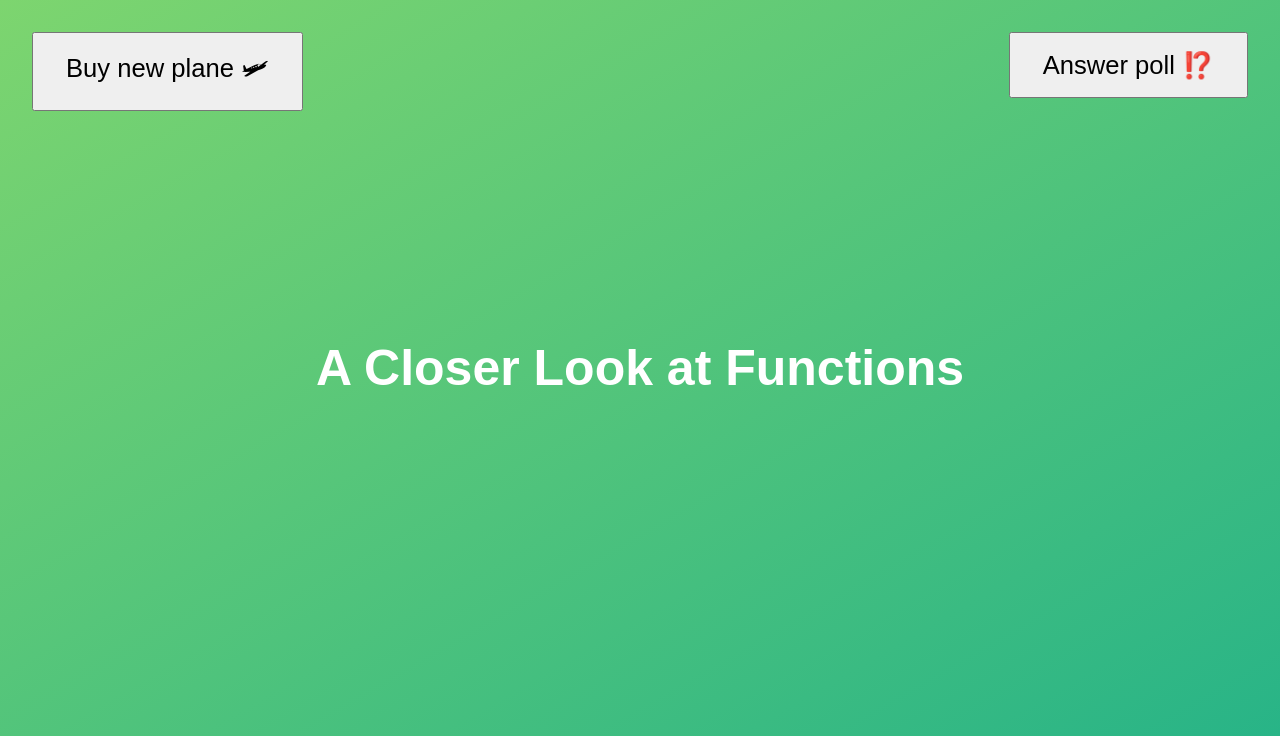
Repository: Samkiroko/function-in-javascript
Page: index.html
These files come from the project's save history. The page is drawn as it stood at one moment and after the next save; the edit follows.
The browser window is 1280 px wide. The pictures show the whole page.

Above is the page before, as saved 2021-03-10 16:32:05.

### index.html
<!DOCTYPE html>
<html lang="en">
  <head>
    <meta charset="UTF-8" />
    <meta name="viewport" content="width=device-width, initial-scale=1.0" />
    <meta http-equiv="X-UA-Compatible" content="ie=edge" />
    <title>A Closer Look at Functions</title>
    <style>
      body {
        height: 100vh;
        display: flex;
        align-items: center;
        background: linear-gradient(to top left, #28b487, #7dd56f);
      }
      h1 {
        font-family: sans-serif;
        font-size: 50px;
        line-height: 1.3;
        width: 100%;
        padding: 30px;
        text-align: center;
        color: white;
      }
      .buy,
      .poll {
        font-size: 1.6rem;
        padding: 1rem 2rem;
        position: absolute;
        top: 2rem;
      }
      .buy {
        left: 2rem;
      }
      .poll {
        right: 2rem;
      }
    </style>
  </head>
  <body>
    <h1>A Closer Look at Functions</h1>
    <button class="buy">Buy new plane 🛩</button>
    <button class="poll">Answer poll ⁉️</button>
    <script src="script.js"></script>
  </body>
</html>

### script.js
'use strict';

// const bookings = [];
// const createBooking = function (flightNum, numPassenger = 1, price = 199) {
//   // numPassenger = numPassenger || 1;
//   // price = price || 199;
//   const booking = {
//     flightNum,
//     numPassenger,
//     price,
//   };
//   console.log(booking);
//   bookings.push(booking);
// };

// createBooking('LH123');
// createBooking('LH123', 2, 800);

// const flight = 'LH234';
// const jonas = {
//   name: 'Jonas Schmedtmann',
//   passport: 24739479284,
// };

// const checkIn = function (flightNum, passenger) {
//   flightNum = 'LH999';
//   passenger.name = 'Mr. ' + passenger.name;

//   if (passenger.passport === 24739479284) {
//     alert('Checked in');
//   } else {
//     alert('Wrong passport!');
//   }
// };

// // checkIn(flight, jonas);
// // console.log(flight);
// // console.log(jonas);

// const newPassport = function (person) {
//   person.passport = Math.trunc(Math.random() * 100000000000);
// };

// newPassport(jonas);
// checkIn(flight, jonas);

/** Higher order functions                 **/

// const oneWord = function (str) {
//   return str.replace(/ /g, '').toLowerCase();
// };

// const upperFirstWord = function (str) {
//   const [first, ...others] = str.split(' ');
//   return [first.toUpperCase(), ...others].join(' ');
// };

// // Higher - order function
// const transformer = function (str, fn) {
//   console.log(`Original string: ${str}`);
//   console.log(`Original string: ${fn(str)}`);
//   console.log(`Transformed by: ${fn.name}`);
// };
// transformer('JavaScript is the best', upperFirstWord);
// transformer('JavaScript is the best', oneWord);

/**Function return function     **/

// const greet = function (greeting) {
//   return function (name) {
//     console.log(`${greeting} ${name}`);
//   };
// };

// const greetArr = greeting => {
//   return name => {
//     console.log(`${greeting} ${name}`);
//   };
// };

// const greeterHey = greet('Hey');
// greeterHey('Jonas');
// greeterHey('Samuel');
// greetArr('hi', 'sam');

// const lufthansa = {
//   airline: 'Lufthansa',
//   iataCode: 'LH',
//   bookings: [],
//   // book: function() {}
//   book(flightNum, name) {
//     console.log(
//       `${name} booked a seat on ${this.airline} flight ${this.iataCode}${flightNum}`
//     );
//     this.bookings.push({ flight: `${this.iataCode}${flightNum}`, name });
//   },
// };

// const lufthansa = {
//   airline: 'Lufthansa',
//   iataCode: 'LH',
//   bookings: [],
//   book(flightNum, name) {
//     console.log(
//       `${name} booked a seat on ${this.airline} ${this.iataCode}${flightNum}`
//     );
//     this.bookings.push({ flight: `${this.iataCode}${flightNum}`, name });
//   },
// };

// lufthansa.book(239, 'Samuel kiroko');
// console.log(lufthansa);

// const eurowings = {
//   airline: 'Eurowings',
//   iataCode: 'EW',
//   bookings: [],
// };

// const book = lufthansa.book;
// //  does not work
// // book(23, 'Sarah williams')

// book.call(eurowings, 23, 'sarah williams');
// console.log(eurowings);

// book.call(lufthansa, 465, 'Sam Njenga');

// /** The Bind Method       **/

// const bookEW = book.bind(eurowings);

// bookEW(23, 'samuel kiroko');

// const bookKEY1 = book.bind(eurowings, 234);
// bookKEY1('Njenga Myles');

// //  with Event Listeners

// lufthansa.planes = 300;
// lufthansa.buyPlane = function () {
//   console.log(this);
//   this.planes++;
//   console.log(this.planes);
// };

// document
//   .querySelector('.buy')
//   .addEventListener('click', lufthansa.buyPlane.bind(lufthansa));

// // partial application
// const addTax = (rate, value) => value + value * rate;
// console.log(addTax(0.16, 200));

// const addVAT = addTax.bind(null, 0.16);

// console.log(addVAT(200));

// // function returning function

// // const addTaxRate = function (rate) {
// //   return function (value) {
// //     return value + value * rate;
// //   };
// // };

// // arrow function

// const addTaxRate = rate => {
//   return value => value + value * rate;
// };

// const addVAT2 = addTaxRate(0.16);
// console.log(addVAT2(200));

/**
 Coding Challenge #1
Let's build a simple poll app!
A poll has a question, an array of options from which people can choose, and an
array with the number of replies for each option. This data is stored in the starter
'poll' object below.
Your tasks:
1. Create a method called 'registerNewAnswer' on the 'poll' object. The
method does 2 things:
1.1. Display a prompt window for the user to input the number of the
selected option. The prompt should look like this:
What is your favourite programming language?
0: JavaScript
1: Python
2: Rust
3: C++
(Write option number)
1.2. Based on the input number, update the 'answers' array property. For
example, if the option is 3, increase the value at position 3 of the array by
1. Make sure to check if the input is a number and if the number makes
sense (e.g. answer 52 wouldn't make sense, right?)
2. Call this method whenever the user clicks the "Answer poll" button.
3. Create a method 'displayResults' which displays the poll results. The
method takes a string as an input (called 'type'), which can be either 'string'
or 'array'. If type is 'array', simply display the results array as it is, using
console.log(). This should be the default option. If type is 'string', display a
string like "Poll results are 13, 2, 4, 1".
4. Run the 'displayResults' method at the end of each
'registerNewAnswer' method call.
5. Bonus: Use the 'displayResults' method to display the 2 arrays in the test
data. Use both the 'array' and the 'string' option. Do not put the arrays in the poll
object! So what should the this keyword look like in this situation?
 **/

// const poll = {
//   question: 'What is your favourite programming language?',
//   options: ['0: JavaScript', '1: Python', '2: Rust', '3: C++'],
//   // This generates [0, 0, 0, 0]. More in the next section 😃
//   answers: new Array(4).fill(0),
//   registerNewAnswer() {
//     // Get answer
//     const answer = Number(
//       prompt(
//         `${this.question}\n${this.options.join('\n')}\n(Write option number)`
//       )
//     );
//     console.log(answer);

//     // Register answer
//     typeof answer === 'number' &&
//       answer < this.answers.length &&
//       this.answers[answer]++;

//     this.displayResults();
//     this.displayResults('string');
//   },

//   displayResults(type = 'array') {
//     if (type === 'array') {
//       console.log(this.answers);
//     } else if (type === 'string') {
//       // Poll results are 13, 2, 4, 1
//       console.log(`Poll results are ${this.answers.join(', ')}`);
//     }
//   },
// };

// document
//   .querySelector('.poll')
//   .addEventListener('click', poll.registerNewAnswer.bind(poll));

// poll.displayResults.call({ answers: [5, 2, 3] }, 'string');
// poll.displayResults.call({ answers: [1, 5, 3, 9, 6, 1] }, 'string');
// poll.displayResults.call({ answers: [1, 5, 3, 9, 6, 1] });

// const poll = {
//   question: 'What is your favourite programming language?',
//   options: ['0: JavaScript', '1: Python', '2: Rust', '3: C++'],
//   // This generates [0, 0, 0, 0]. More in the next section 😃
//   answers: new Array(4).fill(0),
//   registerNewAnswer() {
//     // Get answer
//     const answer = Number(
//       prompt(
//         `${this.question}\n${this.options.join('\n')}\n(Write option number)`
//       )
//     );
//     console.log(answer);

//     // Register answer
//     typeof answer === 'number' &&
//       answer < this.answers.length &&
//       this.answers[answer]++;

//     this.displayResults();
//     this.displayResults('string');
//   },

//   displayResults(type = 'array') {
//     if (type === 'array') {
//       console.log(this.answers);
//     } else if (type === 'string') {
//       // Poll results are 13, 2, 4, 1
//       console.log(`Poll results are ${this.answers.join(', ')}`);
//     }
//   },
// };

// document
//   .querySelector('.poll')
//   .addEventListener('click', poll.registerNewAnswer.bind(poll));

// poll.displayResults.call({ answers: [5, 2, 3] }, 'string');
// poll.displayResults.call({ answers: [1, 5, 3, 9, 6, 1] }, 'string');
// poll.displayResults.call({ answers: [1, 5, 3, 9, 6, 1] });

/**  Immediately invoked function Expressions         **/

// const runOnce = function () {
//   console.log('This will never run again');
// };

// runOnce()

// // rap it up to make it an expression. then we can call it immediately
// (function () {
//   console.log('This will never run again');
// })();

/**  A closer to closures         **/

// const secureBooking = function () {
//   let passengerCount = 0;
//   return function () {
//     passengerCount++;
//     console.log(`${passengerCount} passengers`);
//   };
// };

// const booker = secureBooking();

// booker();
// booker();
// booker();

// console.dir(booker);

let f;
const g = function () {
  const a = 23;
  f = function () {
    console.log(a * 2);
  };
};

const h = function () {
  const b = 777;
  f = function () {
    console.log(b * 2);
  };
};

g();
f();
// re-assigning  f function
h();
f();

// example 2

const boardPassengers = function (n, wait) {
  const perGroup = n / 3;

  setTimeout(() => {
    console.log(`We are now boarding all ${n} passengers`);
    console.log(`There are 3 group, each with ${perGroup} passengers`);
  }, wait * 1000);
  console.log(`Will start boarding in ${wait} seconds`);
};

boardPassengers(180, 3);

After the next save:
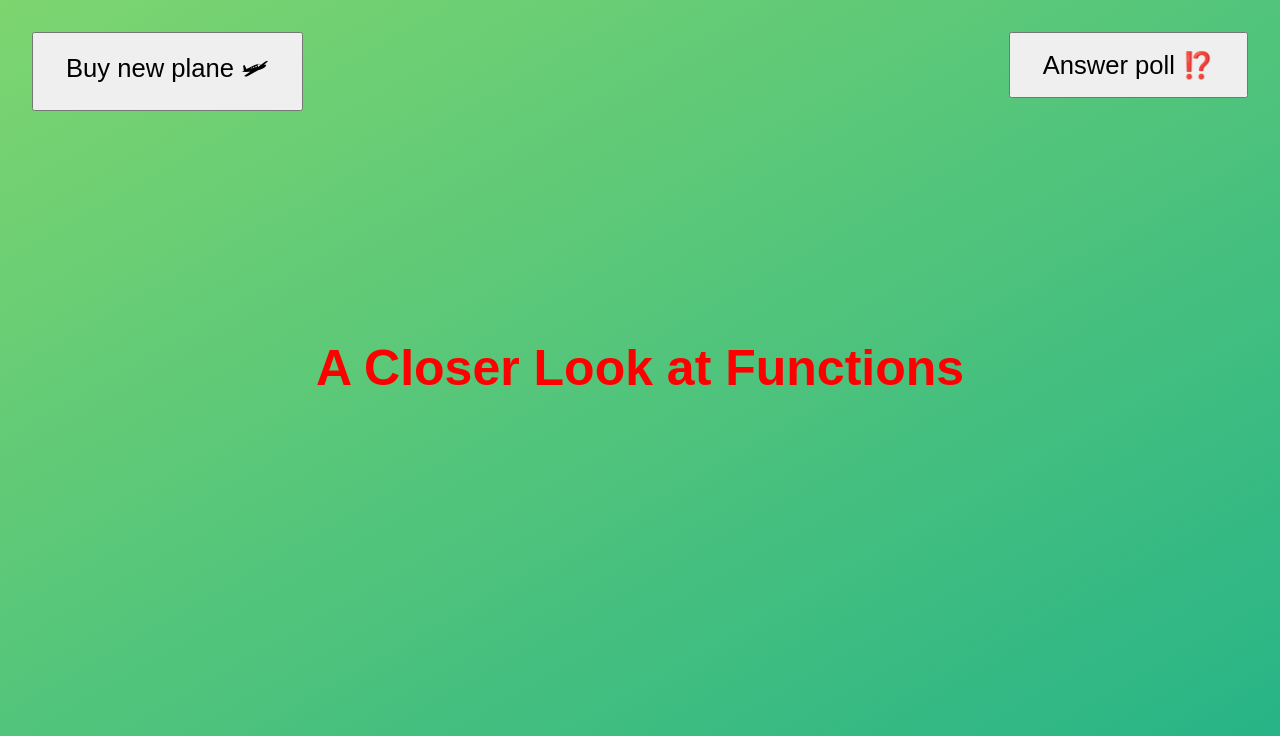
Saved 9 min 45 s later.
--- a/script.js
+++ b/script.js
@@ -320,37 +320,55 @@ object! So what should the this keyword look like in this situation?
 
 // console.dir(booker);
 
-let f;
-const g = function () {
-  const a = 23;
-  f = function () {
-    console.log(a * 2);
-  };
-};
-
-const h = function () {
-  const b = 777;
-  f = function () {
-    console.log(b * 2);
-  };
-};
-
-g();
-f();
-// re-assigning  f function
-h();
-f();
-
-// example 2
-
-const boardPassengers = function (n, wait) {
-  const perGroup = n / 3;
-
-  setTimeout(() => {
-    console.log(`We are now boarding all ${n} passengers`);
-    console.log(`There are 3 group, each with ${perGroup} passengers`);
-  }, wait * 1000);
-  console.log(`Will start boarding in ${wait} seconds`);
-};
-
-boardPassengers(180, 3);
+// let f;
+// const g = function () {
+//   const a = 23;
+//   f = function () {
+//     console.log(a * 2);
+//   };
+// };
+
+// const h = function () {
+//   const b = 777;
+//   f = function () {
+//     console.log(b * 2);
+//   };
+// };
+
+// g();
+// f();
+// // re-assigning  f function
+// h();
+// f();
+
+// // example 2
+
+// const boardPassengers = function (n, wait) {
+//   const perGroup = n / 3;
+
+//   setTimeout(() => {
+//     console.log(`We are now boarding all ${n} passengers`);
+//     console.log(`There are 3 group, each with ${perGroup} passengers`);
+//   }, wait * 1000);
+//   console.log(`Will start boarding in ${wait} seconds`);
+// };
+
+// boardPassengers(180, 3);
+
+/**      Coding Challenge #2
+This is more of a thinking challenge than a coding challenge
+Your tasks:
+1. Take the IIFE below and at the end of the function, attach an event listener that
+changes the color of the selected h1 element ('header') to blue, each time
+the body element is clicked. Do not select the h1 element again!
+2. And now explain to yourself (or someone around you) why this worked! Take all
+the time you need. Think about when exactly the callback function is executed,
+and what that means for the variables involved in this example.     **/
+
+(function () {
+  const header = document.querySelector('h1');
+  header.style.color = 'red';
+  document.querySelector('body').addEventListener('click', function () {
+    header.style.color = 'aqua';
+  });
+})();
